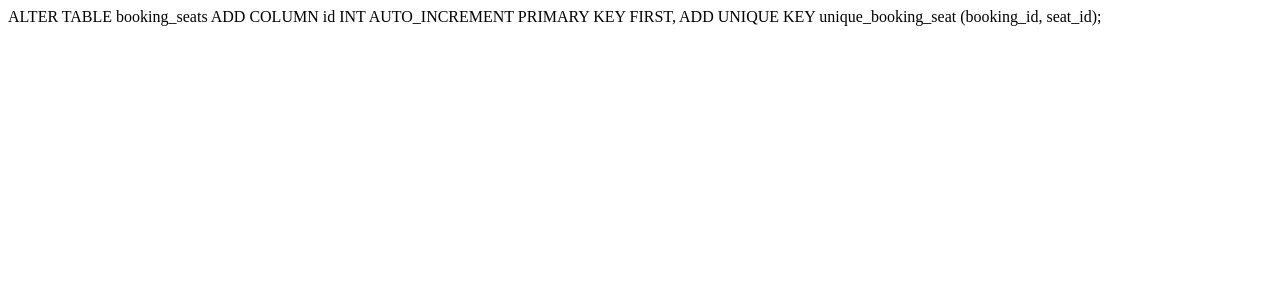
Repository: Hussein-Alayan/SE_cinema_booking
Page: http://localhost/server/migrations/010_add_surrogate_key_to_booking_seats.php
An editor plug-in stored every save of this project. The page is shown before and after the next save, followed by the edit.
The browser window is 1280 px wide. The pictures show the whole page.
The page is run by PHP 8.4 with error messages shown; the project is at /var/www/html/.

Above is the page before, as saved 2025-06-28 14:47:25.

After the next save:
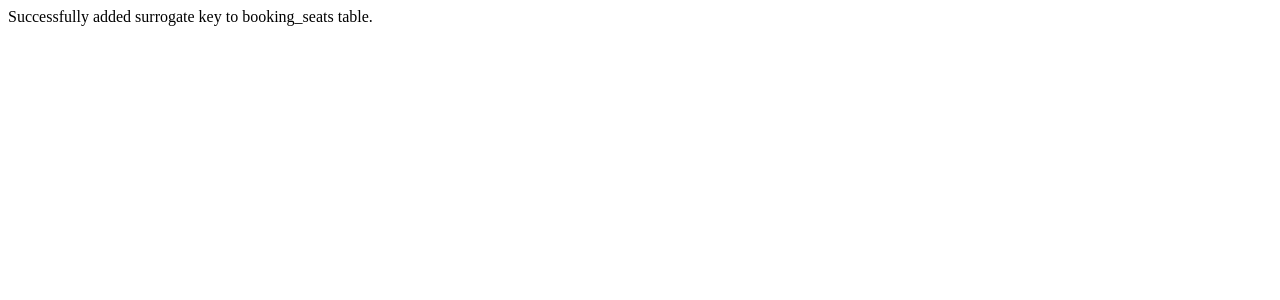
Saved 88 s later.
--- a/server/migrations/010_add_surrogate_key_to_booking_seats.php
+++ b/server/migrations/010_add_surrogate_key_to_booking_seats.php
@@ -1,3 +1,19 @@
-ALTER TABLE booking_seats
-ADD COLUMN id INT AUTO_INCREMENT PRIMARY KEY FIRST,
-ADD UNIQUE KEY unique_booking_seat (booking_id, seat_id);
+<?php
+require("../connection/config.php");
+
+// Step 1: Drop the existing composite primary key
+$query1 = "ALTER TABLE booking_seats DROP PRIMARY KEY";
+$execute1 = $mysqli->prepare($query1);
+$execute1->execute();
+
+// Step 2: Add the new surrogate primary key column
+$query2 = "ALTER TABLE booking_seats ADD COLUMN id INT AUTO_INCREMENT PRIMARY KEY FIRST";
+$execute2 = $mysqli->prepare($query2);
+$execute2->execute();
+
+// Step 3: Add unique constraint to maintain business rule (prevent double-booking)
+$query3 = "ALTER TABLE booking_seats ADD UNIQUE KEY unique_booking_seat (booking_id, seat_id)";
+$execute3 = $mysqli->prepare($query3);
+$execute3->execute();
+
+echo "Successfully added surrogate key to booking_seats table.";
